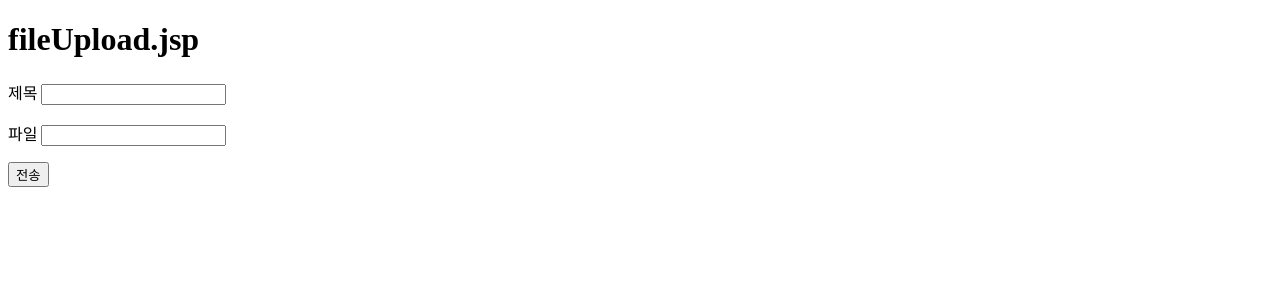
Repository: davisbyun/ai
Page: http://localhost/jspBook/ch07/fileUpload.jsp
An editor plug-in stored every save of this project. The page is shown before and after the next save, followed by the edit.
The browser window is 1280 px wide. The pictures show the whole page.
The page is served by Tomcat 9.

Above is the page before, as saved 2024-01-22 02:56:28.

After the next save:
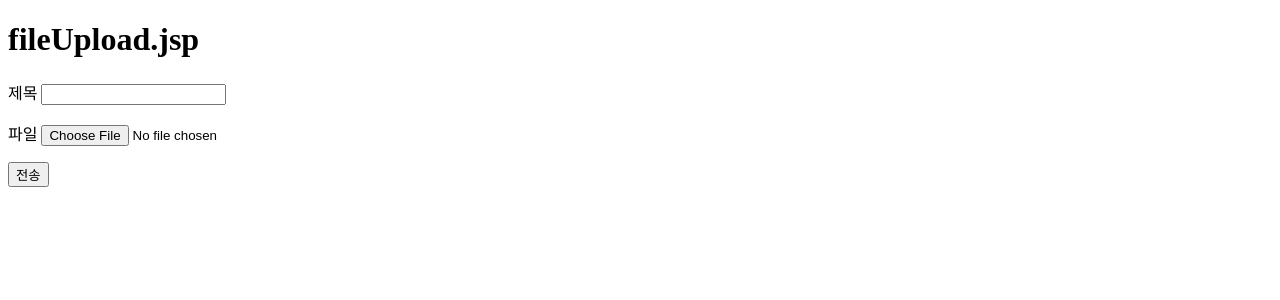
Saved 20 s later.
--- a/jspBook/src/main/webapp/ch07/fileUpload.jsp
+++ b/jspBook/src/main/webapp/ch07/fileUpload.jsp
@@ -9,9 +9,9 @@
 <body>
  <h1> fileUpload.jsp</h1>
  <form method="post" enctype="multi/form-data" action="process.jsp ">
- <p>제목 <input type="text" name="title">
- <p>파일 <input type=" file" name="fileName">
- <p> <input type="submit" value="전송">
+	 <p>제목 <input type="text" name="title">
+	 <p>파일 <input type="file" name="fileName">
+	 <p> <input type="submit" value="전송">
  </form>
 </body>
 </html>
